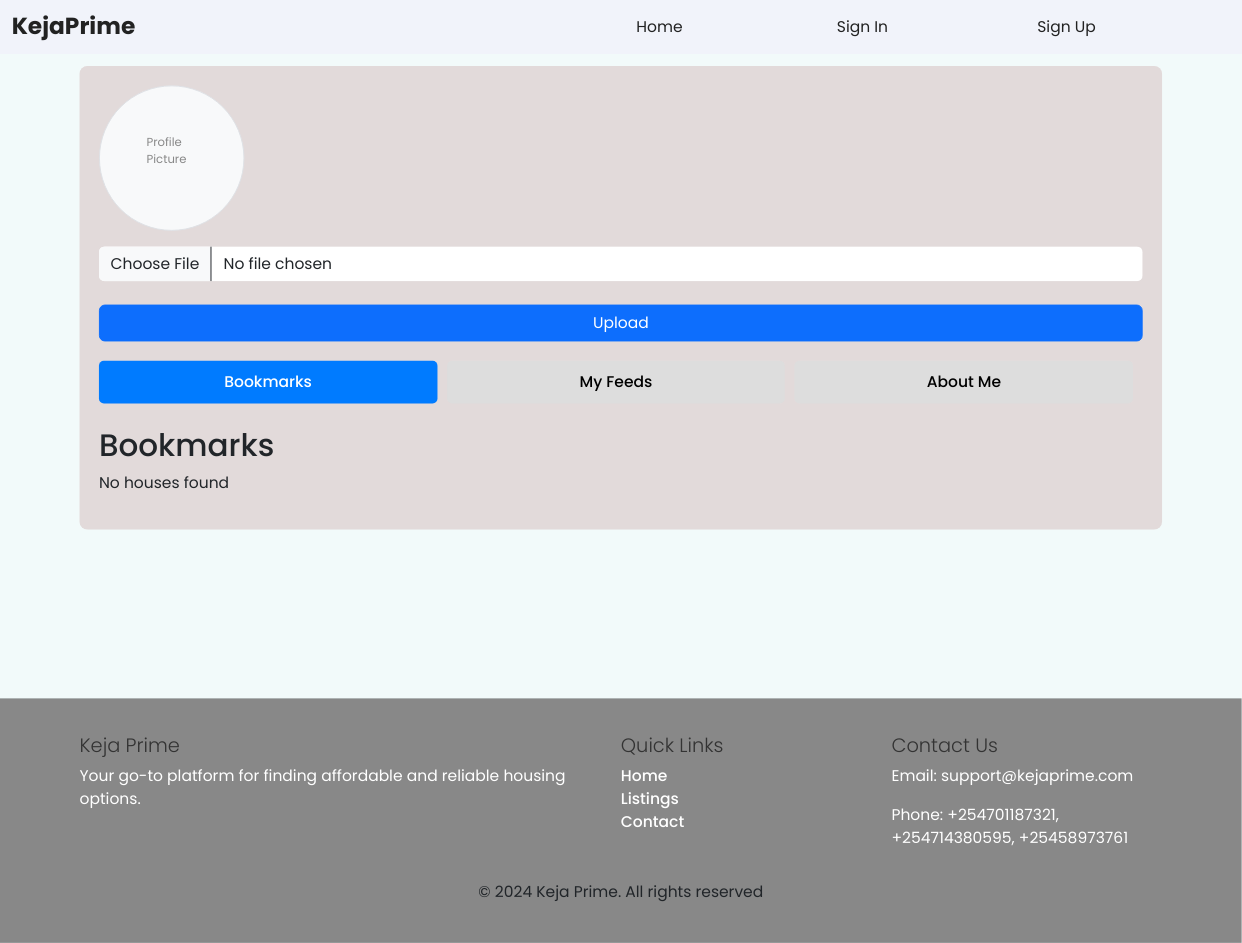
Repository: Pascal7601/kejaPrime
Page: /profile (app in frontend/)
An editor plug-in stored every save of this project. The page is shown before and after a run of saves, followed by the edit.
The browser window is 1280 px wide. The pictures show the whole page, at 97% of full size.
The page's requests for data from a server got no answer. The project was rebuilt for these pictures with package versions that can differ from the ones it lists, and the page was loaded fresh each time. No one was signed in, and anything a server would have sent is missing. Also part of the build but not shown: frontend/vite.config.js, frontend/src/styles/HeroSection.css, frontend/src/components/HeroSection.jsx, frontend/src/pages/Home.jsx, frontend/src/components/Houses.jsx, frontend/src/pages/Listings.jsx, frontend/src/styles/PostHouse.css, frontend/src/pages/PostHouse.jsx and 10 more.

Above is the page before, as saved 2024-10-22 11:35:45.

After the next 2 saves:
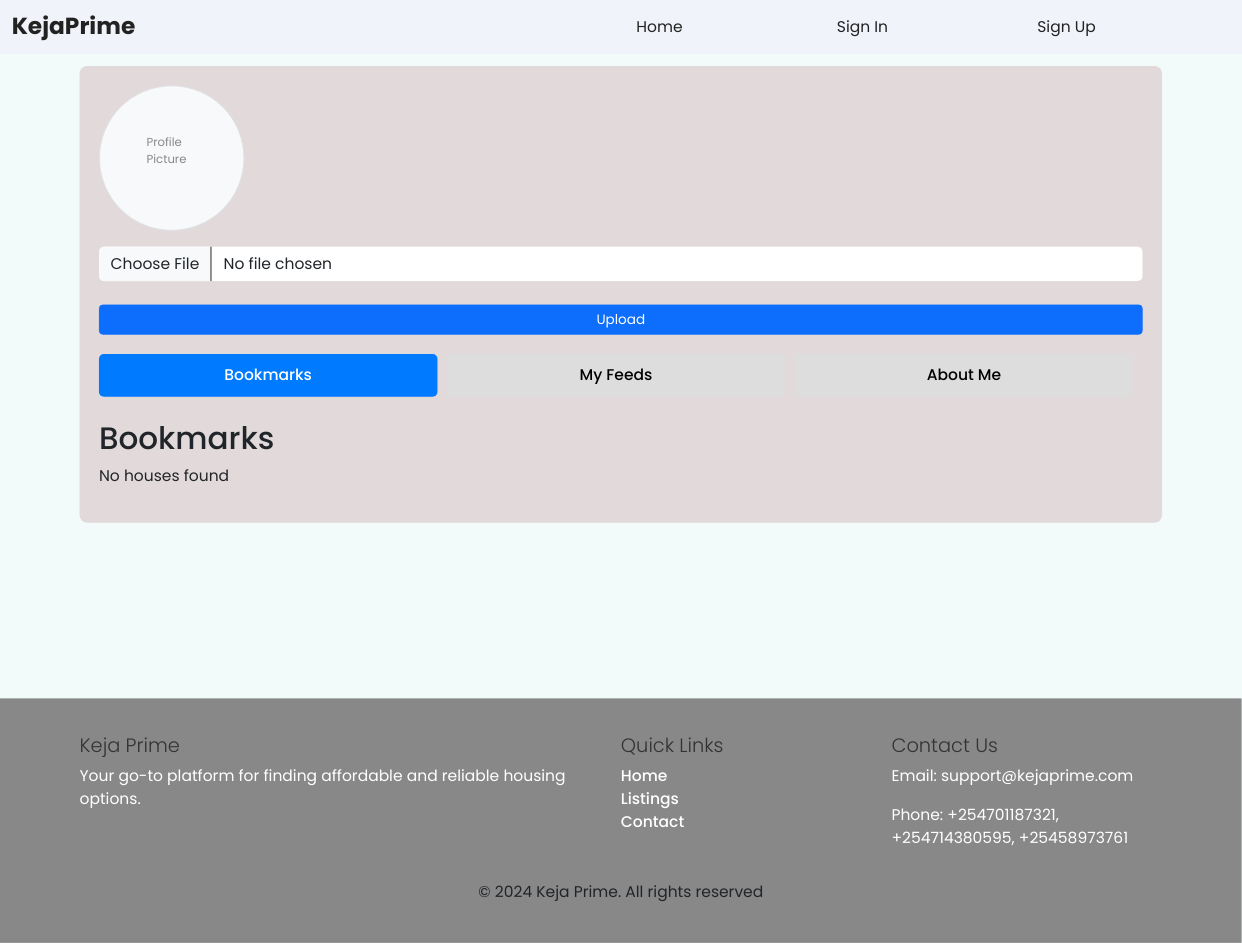
The 2 saves are shown as one change because they came seconds apart.
The last was saved 3 min 53 s later.
--- a/frontend/src/components/Profile.jsx
+++ b/frontend/src/components/Profile.jsx
@@ -214,7 +214,7 @@
                 </div>
               )}
               <input type="file" onChange={handleFileChange} accept="image/*" className="form-control my-3" />
-              <button onClick={handleFileUpload} className="btn btn-primary mt-2">Upload</button>
+              <button onClick={handleFileUpload} className="btn btn-sm btn-primary mt-2">Upload</button>
             </div>
           </div>
           {/* Navigation Tabs */}

After the 3 saves that followed:
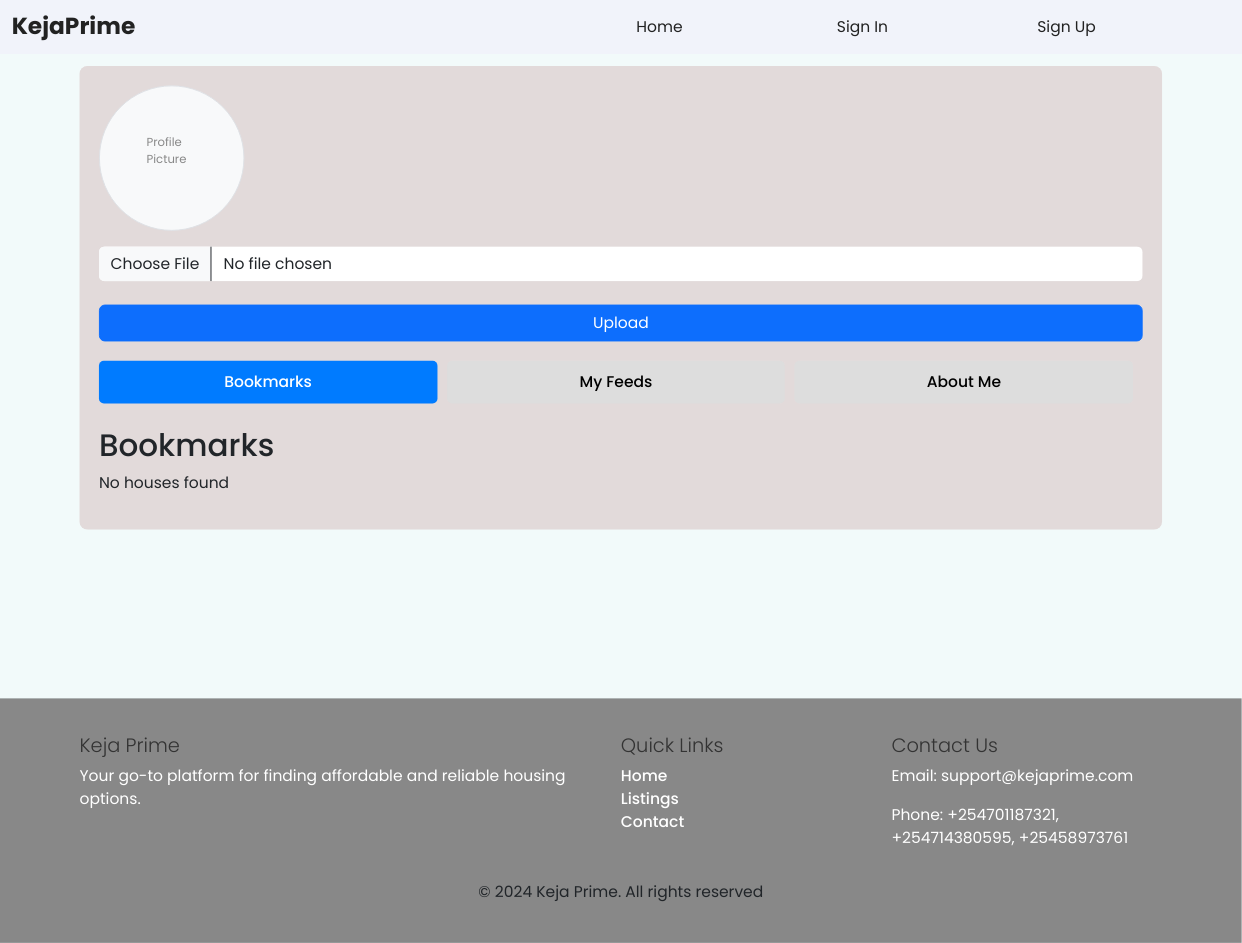
The 3 saves are shown as one change because 1 left the picture as it was and some came seconds apart.
The last was saved 28 s later.
--- a/frontend/src/components/Profile.jsx
+++ b/frontend/src/components/Profile.jsx
@@ -214,7 +214,7 @@
                 </div>
               )}
               <input type="file" onChange={handleFileChange} accept="image/*" className="form-control my-3" />
-              <button onClick={handleFileUpload} className="btn btn-sm btn-primary mt-2">Upload</button>
+              <button onClick={handleFileUpload} className="btn btn-primary mt-2">Upload</button>
             </div>
           </div>
           {/* Navigation Tabs */}
